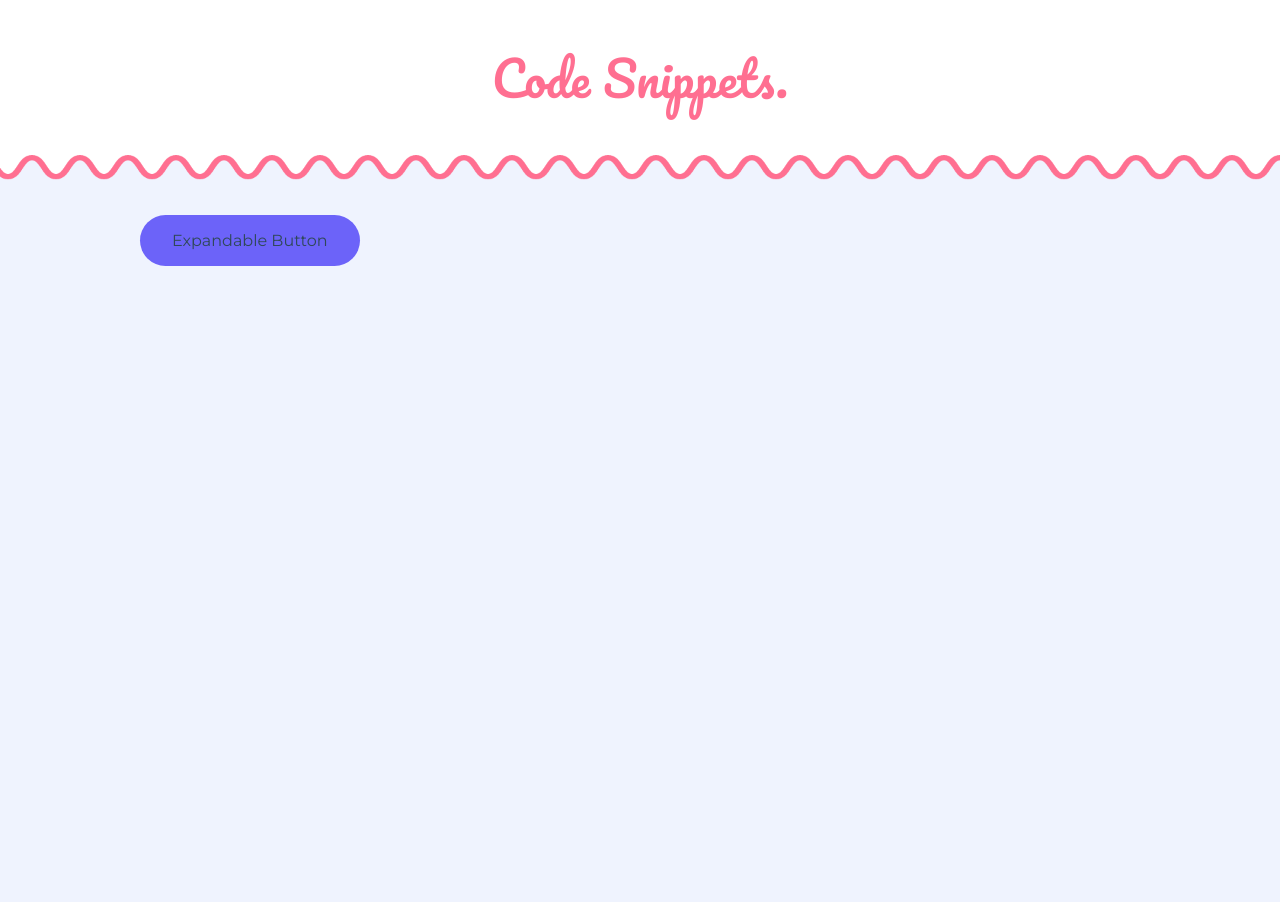
Repository: vikatgen/code-snippets
Page: index.html
These files come from the project's save history. The page is drawn as it stood at one moment and after the next save; the edit follows.
The browser window is 1280 px wide. The pictures show the whole page.
The style sheet was rebuilt from its Sass, Less or Tailwind sources for each picture, by a compiler version that may differ from the author's.

Above is the page before, as saved 2020-03-30 23:47:07.

### index.html
<!DOCTYPE html>
<html lang="en">
  <head>
    <meta charset="UTF-8" />
    <meta name="viewport" content="width=device-width, initial-scale=1.0" />
    <link rel="stylesheet" href="/css/normalize.css" />
    <link rel="stylesheet" href="/css/mainpage-styles.css" />
    <title>Code Snippets</title>
  </head>
  <body>
    <section id="heading-section">
      <div class="container">
        <div class="header-wrapper">
          <span>Code Snippets.</span>
        </div>
      </div>
    </section>
    <section id="page-break">
      <img src="/assets/page-snip.png" alt="" />
    </section>
    <section class="links-section">
      <div class="container">
        <div class="link-wrapper">
          <a href="/expandable-button/expandable-button.html"
            >Expandable Button</a
          >
        </div>
      </div>
    </section>
  </body>
</html>

### css/mainpage-styles.scss
@import url("https://fonts.googleapis.com/css?family=Montserrat:400,600,700|Pacifico&display=swap");

$heading: "Pacifico", cursive;
$ff-normal: "Montserrat", sans-serif;
$text-color: #2f4858;
$heading-color: #ff6f91;

.container {
  width: 90%;
  max-width: 1000px;
  margin: auto;
}

.link-wrapper {
  padding-top: 50px;
  a {
    text-decoration: none;
    font-family: $ff-normal;
    color: $text-color;
    font-family: 600;
    background: #6c63f9;
    padding: 16px 32px;
    border-radius: 50px;
  }
}

.header-wrapper {
  width: 100%;
  text-align: center;
  margin: 50px 0px;
  span {
    font-family: $heading;
    font-size: 3rem;
    color: $heading-color;
  }
}

#page-break {
  width: 100vw;
  height: auto;
  overflow: hidden;
  margin-bottom: -8px;
  img {
    width: 100%;
  }
}

.links-section {
  width: 100vw;
  height: 100vh;
  background: #eff3fe;
}

Loaded but not shown: css/normalize.css (library)

After the next save:
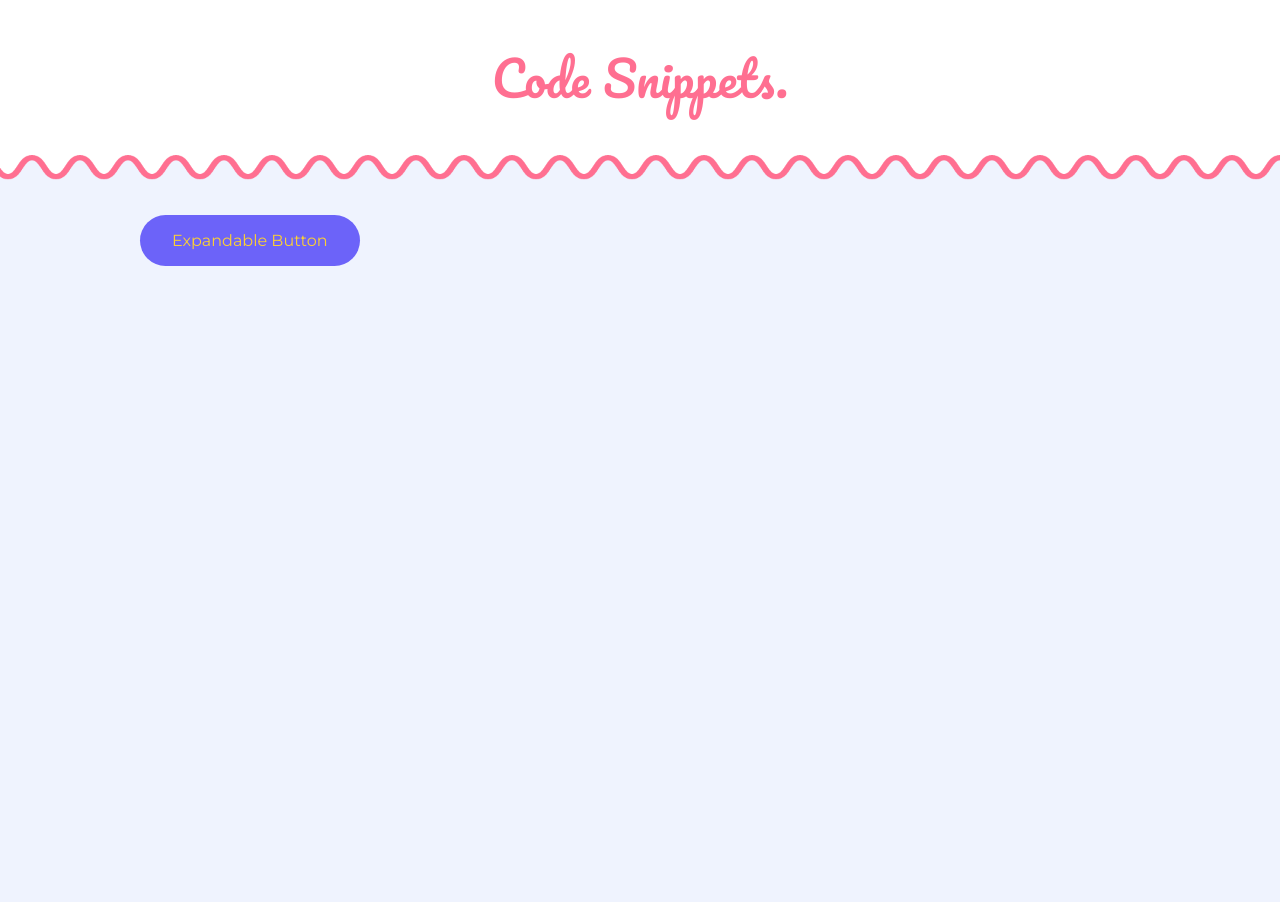
Saved 60 s later.
--- a/css/mainpage-styles.scss
+++ b/css/mainpage-styles.scss
@@ -2,7 +2,7 @@
 
 $heading: "Pacifico", cursive;
 $ff-normal: "Montserrat", sans-serif;
-$text-color: #2f4858;
+$text-color: #fdd032;
 $heading-color: #ff6f91;
 
 .container {
